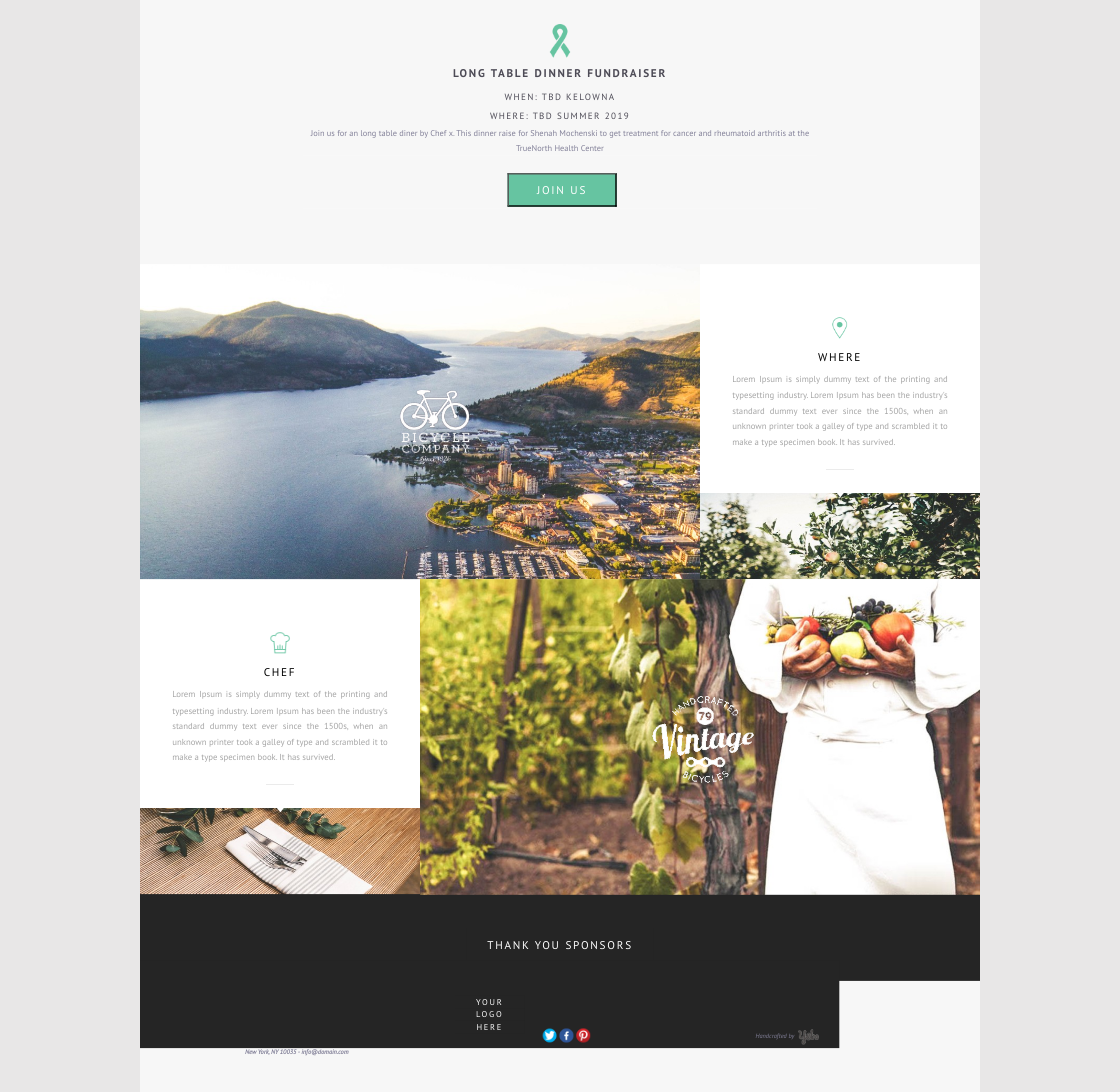
Repository: vancodes/longtable
Page: index.html
An editor plug-in stored every save of this project. The page is shown before and after the next save, followed by the edit.
The browser window is 1280 px wide. The page is 1600 px wide, so the pictures cover 1600 px, including what lies to the right of the window. The pictures show the part of the page from y = 796 to 2356 px (the page is 2356 px tall), at 70% of full size.

Above is the page before, as saved 2019-04-08 16:09:01.

After the next save:
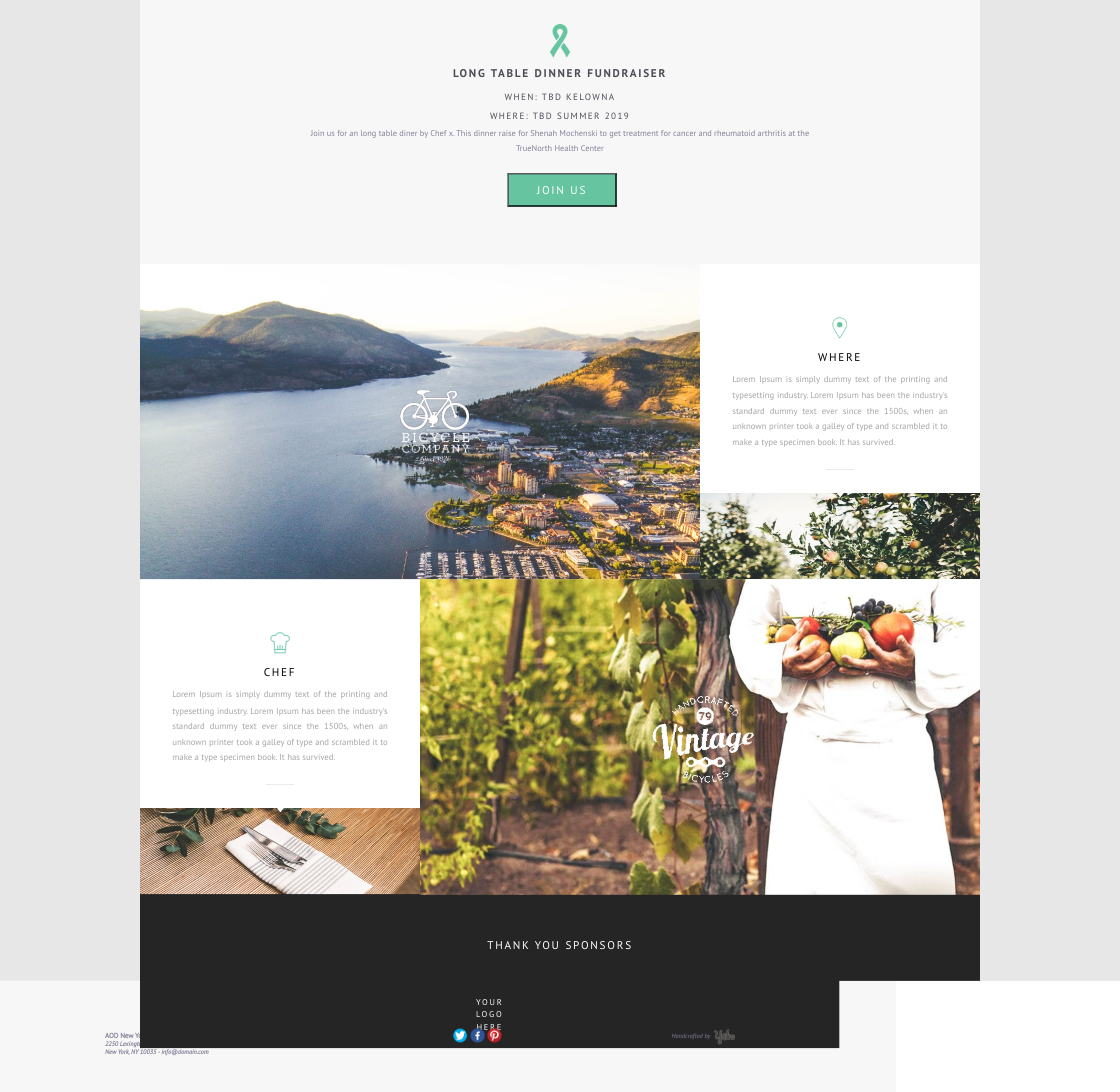
Saved 81 s later.
--- a/index.html
+++ b/index.html
@@ -180,7 +180,6 @@
           <div class="discover-text">
             <button>Thank You Sponsors</button>
           </div>
-          <div class="sponsor-bar">
           <div class="sponsor-logo">
             <p>YOUR</p>
             <p>LOGO</p>

After the 2 saves that followed:
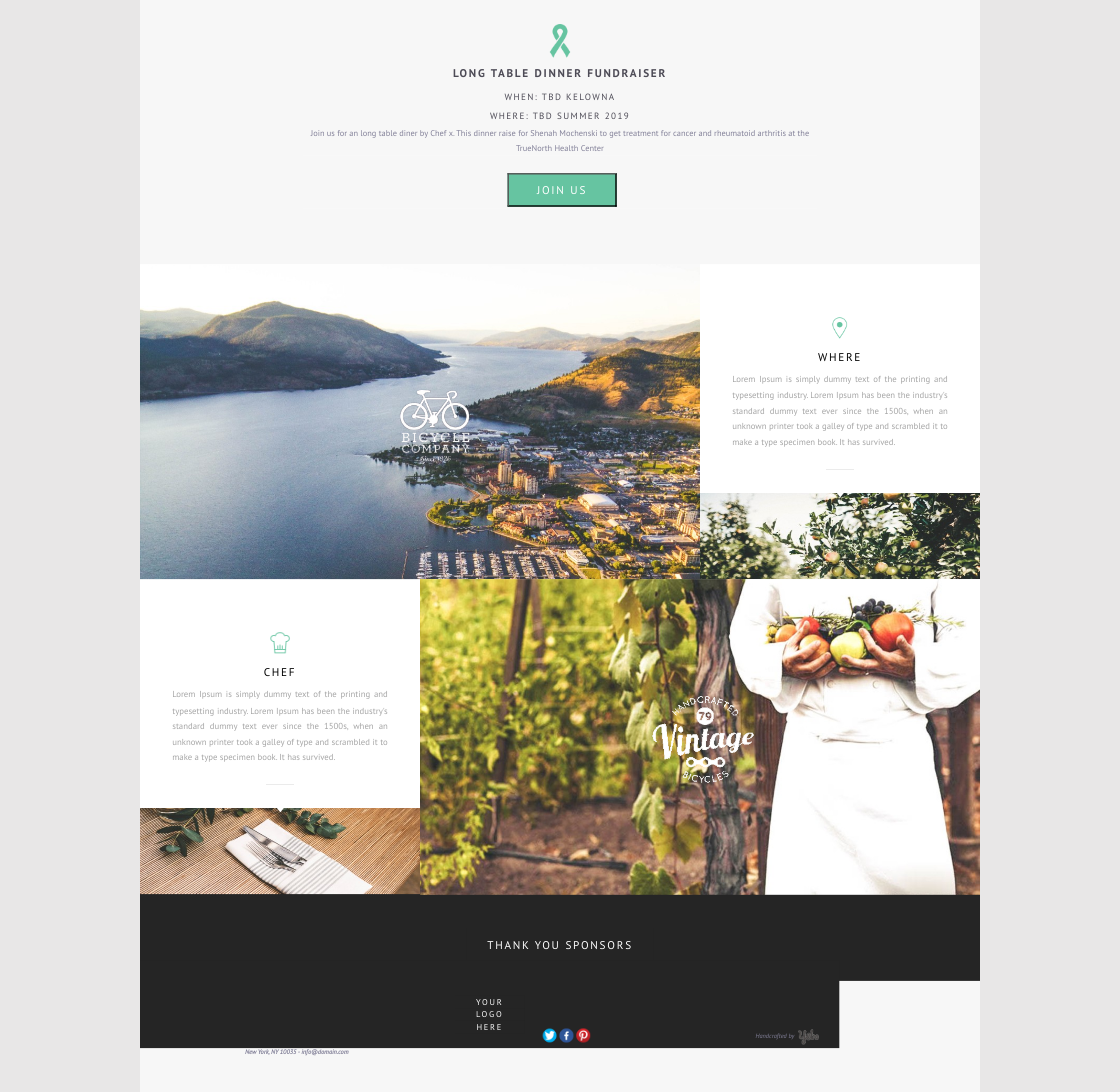
The 2 saves are shown as one change because 1 left the picture as it was.
The last was saved 13 s later.
--- a/index.html
+++ b/index.html
@@ -180,6 +180,7 @@
           <div class="discover-text">
             <button>Thank You Sponsors</button>
           </div>
+          <div class="sponsor-bar">
           <div class="sponsor-logo">
             <p>YOUR</p>
             <p>LOGO</p>
